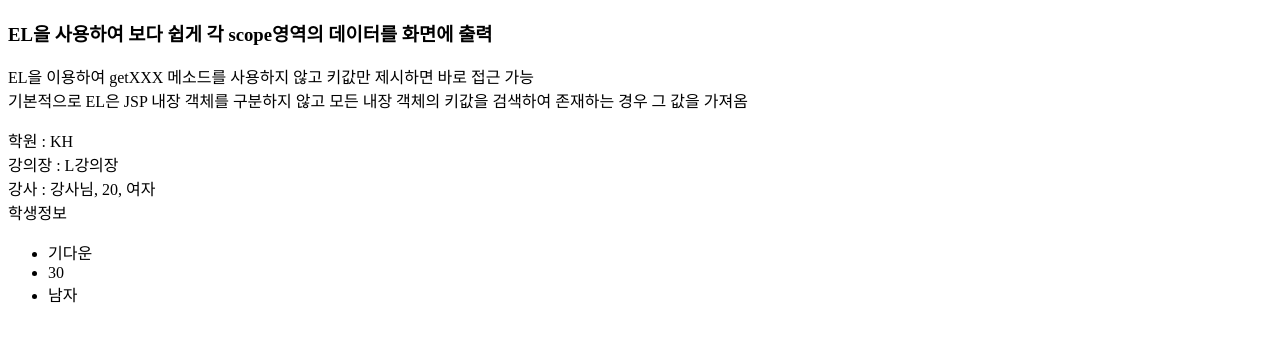
Repository: hailey-516/servlet
Page: http://localhost/3_elAction/el.do
The author's editor kept a copy of each file at every save. The page is drawn from the files as they stood at one save, then again after the next save.
The browser window is 1280 px wide. The pictures show the whole page.
The page is served by Tomcat 9.

Above is the page before, as saved 2024-08-26 03:12:40.

After the next save:
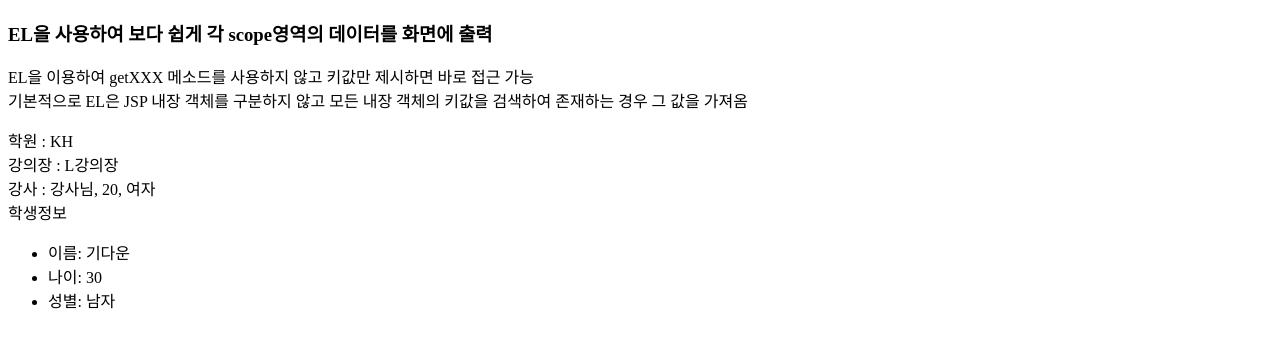
Saved 16 s later.
--- a/3_elAction/src/main/webapp/views/1_EL/01_el.jsp
+++ b/3_elAction/src/main/webapp/views/1_EL/01_el.jsp
@@ -50,9 +50,9 @@
 		강사 : ${ teacher.name }, ${ teacher.age }, ${ teacher.gender }<br>
 		학생정보
 		<ul>
-			<li>${ student.name }</li>
-			<li>${ student.age }</li>
-			<li>${ student.gender }</li>
+			<li>이름: ${ student.name }</li>
+			<li>나이: ${ student.age }</li>
+			<li>성별: ${ student.gender }</li>
 		</ul>
 	</p>
 
